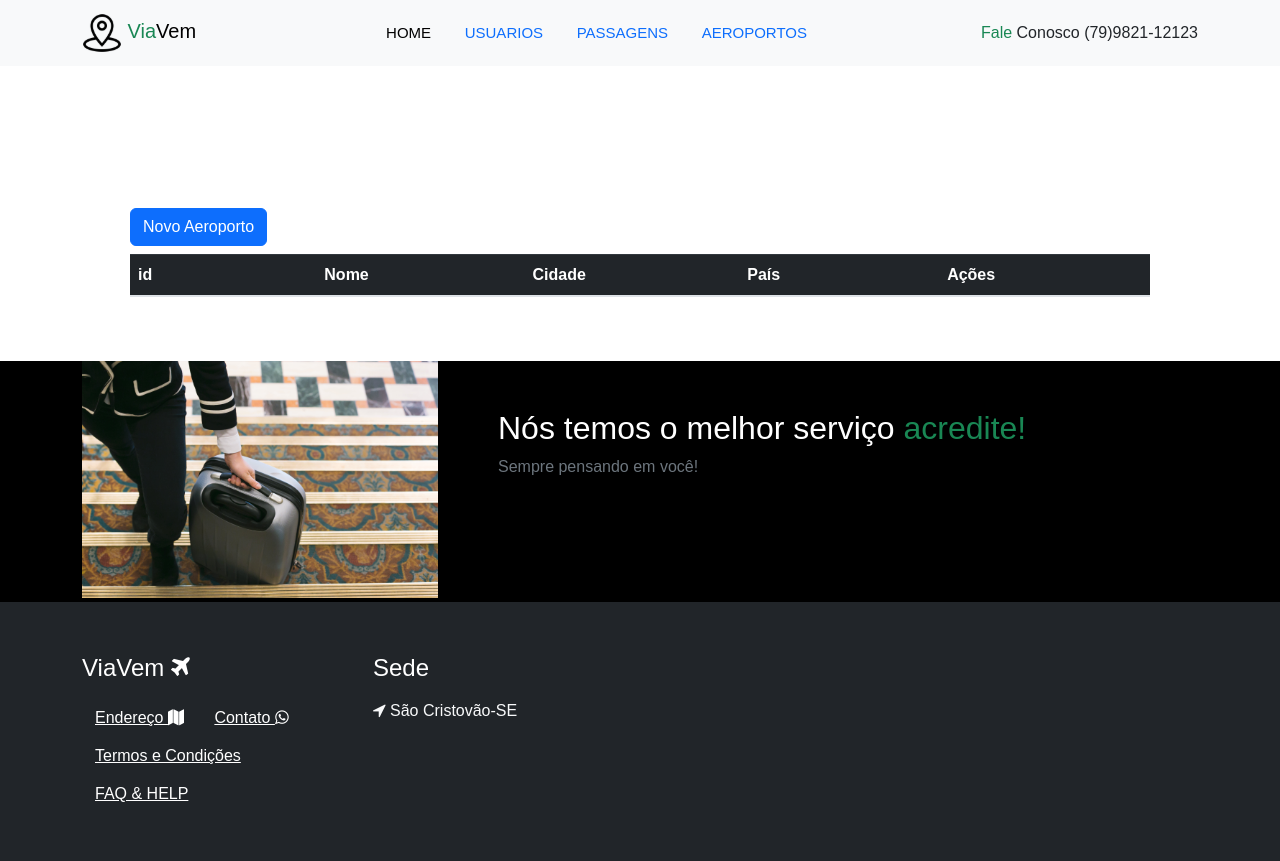
Repository: DavidSaintAnna/Desafio-modulo-4
Page: http://localhost/ViavemMvc/aeroporto
An editor plug-in stored every save of this project. The page is shown before and after the next save, followed by the edit.
The browser window is 1280 px wide. The pictures show the whole page.
Some web fonts or font styles are not loaded; a fallback is used. The page is served by Tomcat 9. Other server files are loaded and not shown. Queries for data that is not in the repository find no rows.

Above is the page before, as saved 2023-11-08 00:13:58.
Not found: ViavemMvc/ViavemMvc/script.js

### ViavemMvc/src/main/webapp/views/aeroportos/index.jsp
<%@ page language="java" contentType="text/html; charset=ISO-8859-1"
	pageEncoding="ISO-8859-1"%>
<%@ taglib uri="http://java.sun.com/jsp/jstl/core" prefix="jstl"%>

<!DOCTYPE html>
<html lang="pt-br">
<head>
<meta charset="UTF-8">
<meta name="viewport" content="width=device-width, initial-scale=1.0" />
<link rel="icon" href="./assets/img/book-2-fill.svg" type="image/svg" />
<link href="https://cdn.jsdelivr.net/npm/bootstrap@5.2.1/dist/css/bootstrap.min.css" rel="stylesheet">
<link href="https://cdn.jsdelivr.net/npm/remixicon@2.5.0/fonts/remixicon.css" rel="stylesheet">
<meta name="viewport" content="width=device-width, initial-scale=1.0" />
<link rel="stylesheet" href="https://stackpath.bootstrapcdn.com/bootstrap/4.1.3/css/bootstrap.min.css" />
<link href="https://cdn.jsdelivr.net/npm/remixicon@2.5.0/fonts/remixicon.css" rel="stylesheet">
<link rel="icon" type="image/svg+xml" href="assets/images/image 8.svg" />
    <link
      href="https://cdn.jsdelivr.net/npm/bootstrap@5.3.1/dist/css/bootstrap.min.css"
      rel="stylesheet"
      integrity="sha384-4bw+/aepP/YC94hEpVNVgiZdgIC5+VKNBQNGCHeKRQN+PtmoHDEXuppvnDJzQIu9"
      crossorigin="anonymous"
    />
  <link
      rel="stylesheet"
      href="https://cdn.jsdelivr.net/npm/@fortawesome/fontawesome-free@6.2.1/css/fontawesome.min.css"
      integrity="sha384-QYIZto+st3yW+o8+5OHfT6S482Zsvz2WfOzpFSXMF9zqeLcFV0/wlZpMtyFcZALm"
      crossorigin="anonymous"
    />
    <link
      rel="stylesheet"
      href="https://cdnjs.cloudflare.com/ajax/libs/font-awesome/4.7.0/css/font-awesome.min.css"
    />
    <link rel="preconnect" href="https://fonts.googleapis.com" />
    <link rel="preconnect" href="https://fonts.gstatic.com" crossorigin />
    <link
      href="https://fonts.googleapis.com/css2?family=Mulish:wght@400;600;700&display=swap"
      rel="stylesheet"
    />
    <link rel="stylesheet" href="./css/style.css" />
<title>ViaVem | Aeroportos</title>
</head>
<body>
	<header class="header">
			 <nav class="navbar navbar-expand-lg bg-light fixed-top">
        <div class="container">
          <a class="navbar-brand" href="#">
            <img src="assets/images/image 8.svg" class="logo" alt="logo" />
            <span class="text-success">Via</span>Vem
          </a>
          <button
            class="navbar-toggler"
            type="button"
            data-bs-toggle="collapse"
            data-bs-target="#navbarNav"
            aria-controls="navbarNav"
            aria-expanded="false"
            aria-label="Toggle navigation"
          >
            <i class="fas fa-stream navbar-toggler-icon"></i>
          </button>
          <div class="collapse navbar-collapse" id="navbarNav">
            <ul class="navbar-nav mx-auto">
		<jsp:include page="../../components/menu.jsp">
			<jsp:param name="home" value="./index.jsp" />
			<jsp:param name="usuarios" value="usuario" />
			<jsp:param name="passagens" value="passagem" />
			<jsp:param name="aeroportos" value="aeroporto" />
		</jsp:include>
		</ul>
            <div class="header_right">
              <div class="text-lg-end">
                <span class="text-success">Fale</span> Conosco
                <span class="phone_no">(79)9821-12123</span>
              </div>
            </div>
          </div>
        </div>
      </nav>
		</header>

	<main>
		<section class="container">

			<div class="p-5 mt-10">
				<a href="./views/aeroportos/create.jsp"
					class="btn btn-primary mb-2 botao1"> Novo Aeroporto </a>
				<table class="table table-responsive table-hover">
					<thead class="table-dark custom-thead">
						<tr>
							<th scope="col">id</th>
							<th scope="col">Nome</th>
							<th scope="col">Cidade</th>
							<th scope="col">País</th>
							<th scope="col">Ações</th>
						</tr>
					</thead>
					<tbody class="custom-tbody">

						<jstl:forEach items="${listaAeroportos}" var="a">
							<tr>
								<td>${a.id}</td>
								<td>${a.nome}</td>
								<td>${a.cidade}</td>
								<td>${a.pais}</td>
								<td>
									<div class="d-flex">
										<a href="aeroporto-edit?id=${a.id}" class="mx-1" title="Editar">
											<i class="ri-file-edit-line"></i>
										</a>
										<a href="aeroporto-delete?id=${a.id}" class="mx-1" title="Cancelar"
											onclick="return confirm('Deseja excluir o autor ${a.nome}.')">
											<i class="ri-delete-bin-2-line"></i>
										</a>
									</div>
								</td>
							</tr>
						</jstl:forEach>

					</tbody>
				</table>
			</div>
		</section>
	</main>
 <footer>
      <section id="about" class="bg-black">
        <div class="container">
          <div class="row">
            <div class="col-lg-4 col-md-12 col-12 bg">
              <div class="about-img">
                <img
                  src="assets/images/rolling-suitcase-into-hotel.jpg"
                  alt="travel"
                  class="img-fluid"
                />
              </div>
            </div>
            <div class="col-lg-8 col-md-12 col-12 ps-lg-5 mt-md-5">
              <div class="about-text">
                <h2 class="text-white">
                  Nós temos o melhor serviço
                  <span class="text-success">acredite!</span>
                </h2>
                <p class="text-secondary">Sempre pensando em você!</p>
              </div>
            </div>
          </div>
        </div>
        <div class="container-fluid bg-dark text-light footer pt-1 mt-1">
          <div class="container py-5">
            <div class="row g-5">
              <div class="col-lg-3 col-md-6">
                <h4 class="text-white mb-3">
                  ViaVem <i class="fa fa-plane" aria-hidden="true"></i>
                </h4>
                <a href="#" class="btn btn-link text-white"
                  >Endereço <i class="fa fa-map" aria-hidden="true"></i
                ></a>
                <a href="#" class="btn btn-link text-white"
                  >Contato <i class="fa fa-whatsapp" aria-hidden="true"></i
                ></a>
                <a href="#" class="btn btn-link text-white"
                  >Termos e Condições</a
                >
                <a href="#" class="btn btn-link text-white">FAQ & HELP</a>
              </div>
              <div class="col lg-3 col-md-6">
                <h4 class="text-white mb-3">Sede</h4>
                <p class="mb-2">
                  <i class="fa fa-location-arrow" aria-hidden="true"></i>
                  São Cristovão-SE
                </p>
              </div>
            </div>
          </div>
        </div>
      </section>
    </footer>
    <script
      src="https://cdn.jsdelivr.net/npm/bootstrap@5.3.1/dist/js/bootstrap.bundle.min.js"
      integrity="sha384-HwwvtgBNo3bZJJLYd8oVXjrBZt8cqVSpeBNS5n7C8IVInixGAoxmnlMuBnhbgrkm"
      crossorigin="anonymous"
    ></script>
	<script src="script.js"></script>
	<script src="https://code.jquery.com/jquery-3.3.1.slim.min.js"></script>
	<script src="https://cdnjs.cloudflare.com/ajax/libs/popper.js/1.14.3/umd/popper.min.js"></script>
	<script src="https://stackpath.bootstrapcdn.com/bootstrap/4.1.3/js/bootstrap.min.js"></script>
	<script src="https://cdn.jsdelivr.net/npm/@popperjs/core@2.11.6/dist/umd/popper.min.js"></script>
	<script src="https://cdn.jsdelivr.net/npm/bootstrap@5.2.1/dist/js/bootstrap.min.js"></script>
	<script src="https://cdn.jsdelivr.net/npm/@popperjs/core@2.11.6/dist/umd/popper.min.js"></script>
	<script src="https://cdn.jsdelivr.net/npm/bootstrap@5.2.1/dist/js/bootstrap.min.js"></script>
</body>
</html>

### ViavemMvc/src/main/webapp/components/menu.jsp
<%@ page language="java" contentType="text/html; charset=ISO-8859-1"
	pageEncoding="ISO-8859-1"%>
<ul class="nav justify-content-center">
	<li class="nav-item"><a class="nav-link active"
		aria-current="page" href="<%=request.getParameter("home")%>">Home</a></li>
	<li class="nav-item"><a class="nav-link" href="<%=request.getParameter("usuarios")%>">Usuarios</a>
	</li>
	<li class="nav-item"><a class="nav-link" href="<%=request.getParameter("passagens")%>">Passagens</a></li>
	<li class="nav-item"><a class="nav-link" href="<%=request.getParameter("aeroportos")%>">Aeroportos</a></li>
</ul>

### ViavemMvc/src/main/java/controller/AeroportosController.java
package controller;
import java.util.List;

import java.io.IOException;
import javax.servlet.ServletException;
import javax.servlet.annotation.WebServlet;
import javax.servlet.http.HttpServlet;
import javax.servlet.http.HttpServletRequest;
import javax.servlet.http.HttpServletResponse;
import javax.servlet.RequestDispatcher;

import dao.AeroportoDAO;

import models.Aeroportos;



@WebServlet(urlPatterns = { "/aeroporto", "/aeroporto-create", "/aeroporto-edit", "/aeroporto-update", "/aeroporto-delete" })
public class AeroportosController extends HttpServlet {
	private static final long serialVersionUID = 1L;
	AeroportoDAO adao = new AeroportoDAO();
	Aeroportos aeroporto = new Aeroportos();

    public AeroportosController() {
        super();
        // TODO Auto-generated constructor stub
    }

	protected void doGet(HttpServletRequest request, HttpServletResponse response) throws ServletException, IOException {
		String action = request.getServletPath();
		switch(action) {
		case "/aeroporto":
			read(request,response);
			break;
		case "/aeroporto-delete":
			delete(request, response);
			break;
		case "/aeroporto-create":
			create(request, response);
			break;
		case "/aeroporto-edit":
			edit(request, response);
			break;
		case "/aeroporto-update":
			update(request, response);
			break;

		default:
				response.sendRedirect("index.html");
			break;
	}
	}
	protected void read(HttpServletRequest request, HttpServletResponse response) throws ServletException, IOException {
		List<Aeroportos> lista = adao.read();
		request.setAttribute("listaAeroportos",lista);
		RequestDispatcher rd = request.getRequestDispatcher("./views/aeroportos/index.jsp");
		rd.forward(request,response);
	}

	protected void create(HttpServletRequest request, HttpServletResponse response) throws ServletException, IOException {
		aeroporto.setNome(request.getParameter("nome"));
		aeroporto.setCidade(request.getParameter("cidade"));
		aeroporto.setPais(request.getParameter("pais"));

		adao.create(aeroporto);
		response.sendRedirect("aeroporto");
	}

	protected void edit(HttpServletRequest request, HttpServletResponse response) throws ServletException, IOException {
		int id = Integer.parseInt(request.getParameter("id"));

		aeroporto = adao.readById(id);

		request.setAttribute("aeroporto", aeroporto);

		RequestDispatcher rd = request.getRequestDispatcher("./views/aeroportos/update.jsp");
		rd.forward(request, response);
	}

	protected void update(HttpServletRequest request, HttpServletResponse response)throws ServletException, IOException {

		aeroporto.setId(Integer.parseInt(request.getParameter("id")));
		aeroporto.setNome(request.getParameter("nome"));
		aeroporto.setCidade(request.getParameter("cidade"));
		aeroporto.setPais(request.getParameter("pais"));

		adao.update(aeroporto);
		response.sendRedirect("aeroporto");
	}

	protected void delete(HttpServletRequest request, HttpServletResponse response) throws ServletException, IOException {
		int id = Integer.parseInt(request.getParameter("id"));
		adao.delete(id);
		response.sendRedirect("aeroporto");
	}

}

### ViavemMvc/src/main/java/factory/ConnectionFactory.java
package factory;

import java.sql.Connection;
import java.sql.DriverManager;

public class ConnectionFactory {
    private static final String USERNAME = "root";

    private static final String PASSWORD = "1234";

    private static final String DATABASE_URL = "jdbc:mysql://localhost:3306/db";

    public static Connection createConnectionToMySQL() throws Exception {
    	Class.forName("com.mysql.cj.jdbc.Driver");
        Connection connection = DriverManager.getConnection(DATABASE_URL, USERNAME, PASSWORD);
        return connection;
    }

    public static void main(String[] args) throws Exception {
        Connection con = createConnectionToMySQL();
        if (con != null) {
            System.out.println("connection started!");
            con.close();
        }
    }
}

### ViavemMvc/src/main/webapp/css/style.css
* {
  margin: 0;
  padding: 0;
  box-sizing: border-box;
  -webkit-font-smoothing: antialiased;
  -moz-osx-font-smoothing: grayscale;
}

html,
body,
input {
  font-family: "Mulish", sans-serif;
}

.logo {
  width: 2.5rem;
  height: 2.5rem;
}



ul {
	display: flex;
	gap : 1.1rem;

}

.section-padding {
  padding: 100px 0;
}

.carousel-item {
  height: 100vh;
  min-height: 300px;
}

.carousel-caption {
  border-bottom: 220px;
  z-index: 2;
}

.carousel-caption h5 {
  font-size: 45px;
  text-transform: uppercase;
  letter-spacing: 2px;
  margin-top: 25px;
}

.carousel-caption p {
  width: 60%;
  margin: auto;
  font-size: 18px;
  line-height: 1.9;
}
.navbar-nav a {
  font-size: 15px;
  text-transform: uppercase;
  font-weight: 500;
}

.navbar-light .navbar-brand {
  color: #000;
  font-size: 25px;
  text-transform: uppercase;
  font-weight: 700;
  letter-spacing: 2px;
}

.w-100 {
  height: 100vh;
}

.custom-thead th,
.custom-tbody td {
  width: 600px; /* Adjust the width as needed */
}

.mt-10 {
	margin-top: 10rem;
}
h1 {
	color: black;
}
@media only screen and (min-width: 768px) and (max-width: 991px) {
  .carousel-caption {
    bottom: 370px;
  }
  .carousel-caption p {
    width: 100%;
  }

}


@media only screen and (max-width: 767px) {
  .navbar-nav {
    text-align: center;
  }
  .carousel-caption {
    bottom: 125px;
  }
  .carousel-caption h5 {
    font-size: 17px;
  }
  .carousel-caption a {
    padding: 10px 15px;
  }
  .carousel-item {
    height: 67vh;
    min-height: 300px;
  }
  .carousel-inner > img {
    height: 53vh;
  }
  .w-100 {
    height: 53vh;
  }
}

### ViavemMvc/src/main/webapp/assets/images/image 8.svg
<svg width="292" height="292" viewBox="0 0 292 292" fill="none" xmlns="http://www.w3.org/2000/svg" xmlns:xlink="http://www.w3.org/1999/xlink">
<rect width="292" height="292" fill="url(#pattern0)"/>
<defs>
<pattern id="pattern0" patternContentUnits="objectBoundingBox" width="1" height="1">
<use xlink:href="#image0_10_7" transform="scale(0.00195312)"/>
</pattern>
<image id="image0_10_7" width="512" height="512" xlink:href="data:[embedded picture, 24286 characters]"/>
</defs>
</svg>

After the next save:
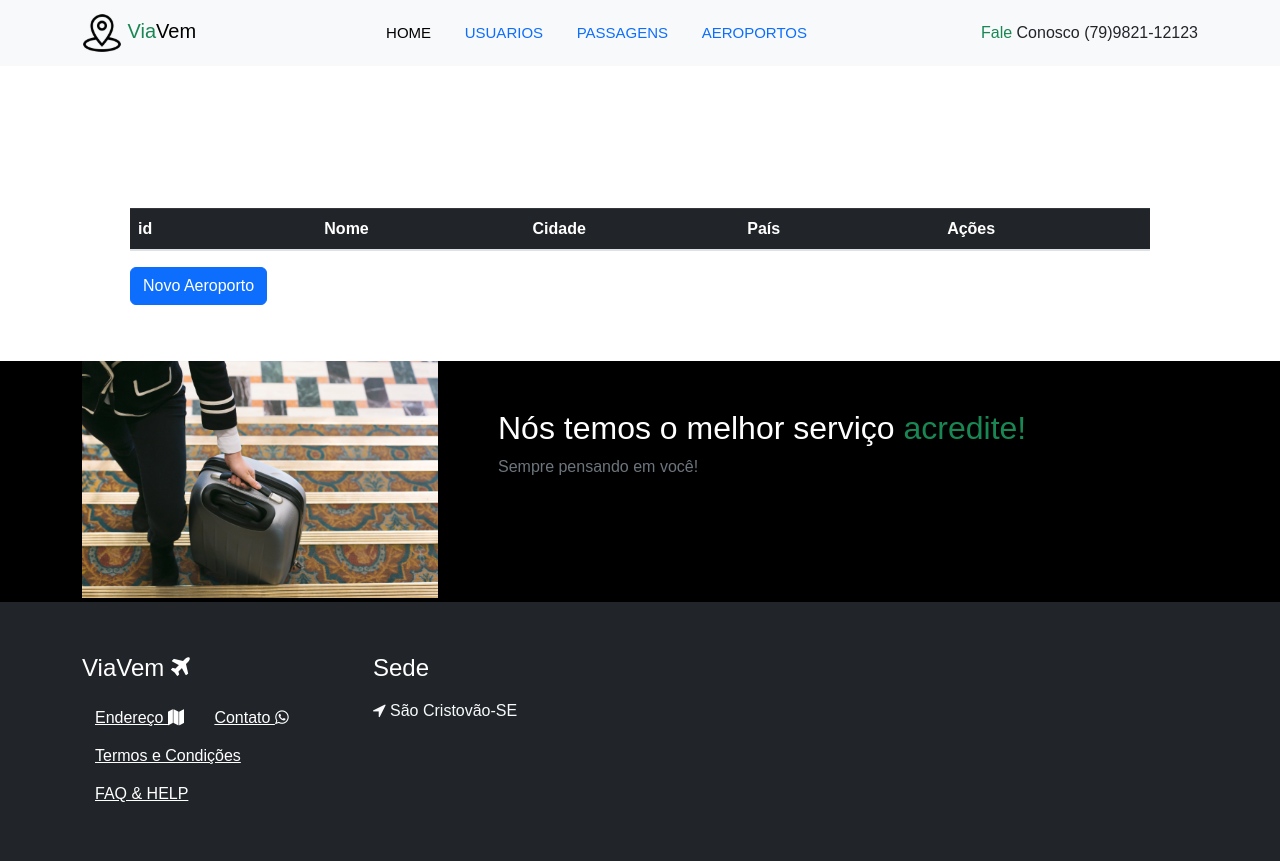
Saved 2 min 50 s later.
--- a/ViavemMvc/src/main/webapp/views/aeroportos/index.jsp
+++ b/ViavemMvc/src/main/webapp/views/aeroportos/index.jsp
@@ -82,8 +82,6 @@
 		<section class="container">
 
 			<div class="p-5 mt-10">
-				<a href="./views/aeroportos/create.jsp"
-					class="btn btn-primary mb-2 botao1"> Novo Aeroporto </a>
 				<table class="table table-responsive table-hover">
 					<thead class="table-dark custom-thead">
 						<tr>
@@ -118,6 +116,8 @@
 
 					</tbody>
 				</table>
+				<a href="./views/aeroportos/create.jsp"
+					class="btn btn-primary mb-2 botao1"> Novo Aeroporto </a>
 			</div>
 		</section>
 	</main>
